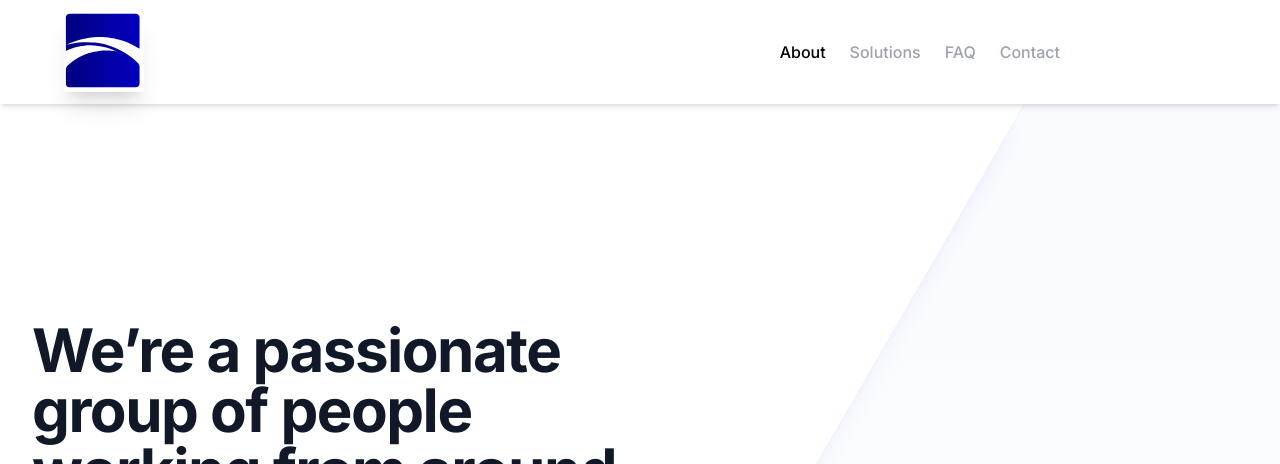
Repository: BridgeBuilderUser/bridge-builder
Page: /about
An editor plug-in stored every save of this project. The page is shown before and after the next save, followed by the edit.
The browser window is 1280 px wide. The pictures show the part of the page from y = 0 to 464 px (the page is 5177 px tall).
Pictures or frames that could not be fetched are drawn as grey boxes. The project was rebuilt for these pictures with package versions that can differ from the ones it lists, and the page was loaded fresh each time. The framework's server and built-in components were replaced by stand-ins that run in the browser. Also part of the build but not shown: next.config.js.

Above is the page before, as saved 2023-09-11 01:40:01.

After the next save:
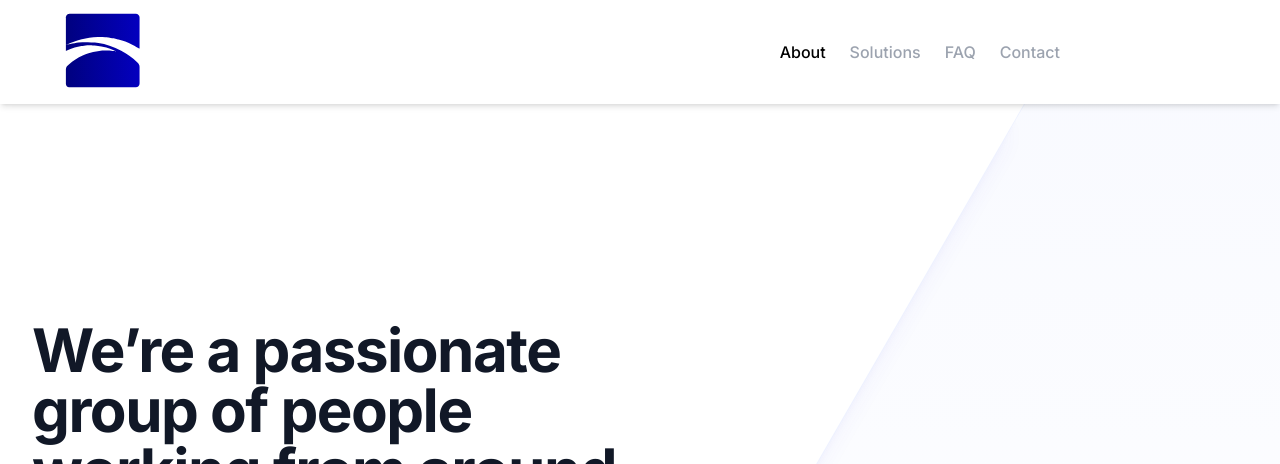
Saved 104 s later.
--- a/src/app/components/Logo.tsx
+++ b/src/app/components/Logo.tsx
@@ -6,7 +6,7 @@ const Logo = ({ size }: any) => {
         xmlns="http://www.w3.org/2000/svg"
         data-name="Layer 2"
         viewBox="0 0 406 405"
-        className={`${size} cursor-pointer shadow-xl hover:shadow-lg`}
+        className={`${size} cursor-pointer hover:shadow-lg`}
       >
         <defs>
           <linearGradient
